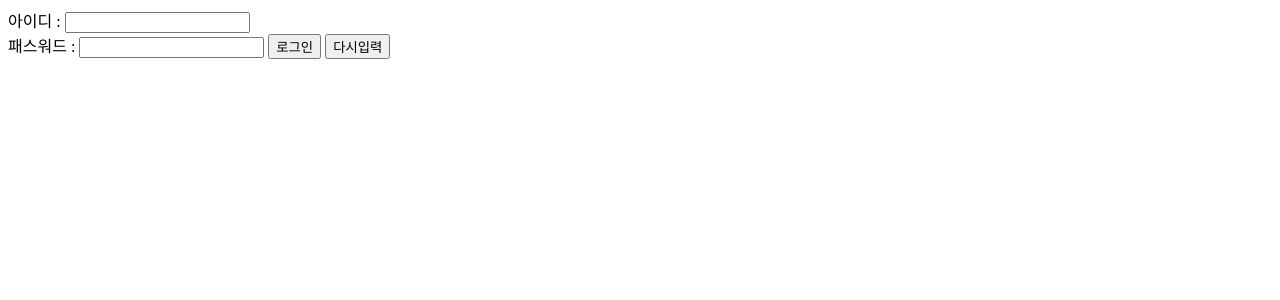
Repository: onerain5120/db_conn
Page: eclipse-workspace/pro06/src/main/webapp/login.html
These files come from the project's save history. The page is drawn as it stood at one moment and after the next save; the edit follows.
The browser window is 1280 px wide. The pictures show the whole page.

Above is the page before, as saved 2023-09-26 08:58:52.

After the next save:
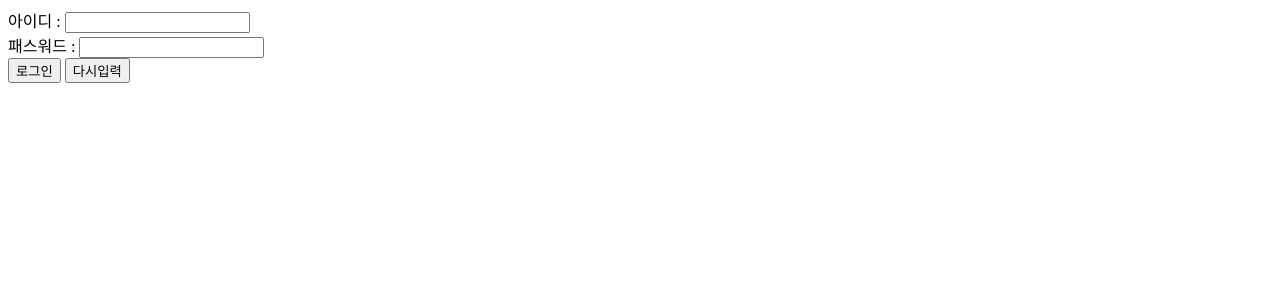
Saved 54 min 36 s later.
--- a/eclipse-workspace/pro06/src/main/webapp/login.html
+++ b/eclipse-workspace/pro06/src/main/webapp/login.html
@@ -7,9 +7,9 @@
 <body>
 
 
-<form method="get" action="login">
+<form method="get" action="login.html">
 	아이디 : <input type="text" name="user_id"><br>
-	패스워드 : <input type="password" name="user_pw">
+	패스워드 : <input type="password" name="user_pw"><br>
 
 	<input type="submit" value="로그인">
 	<input type="reset" value="다시입력">
